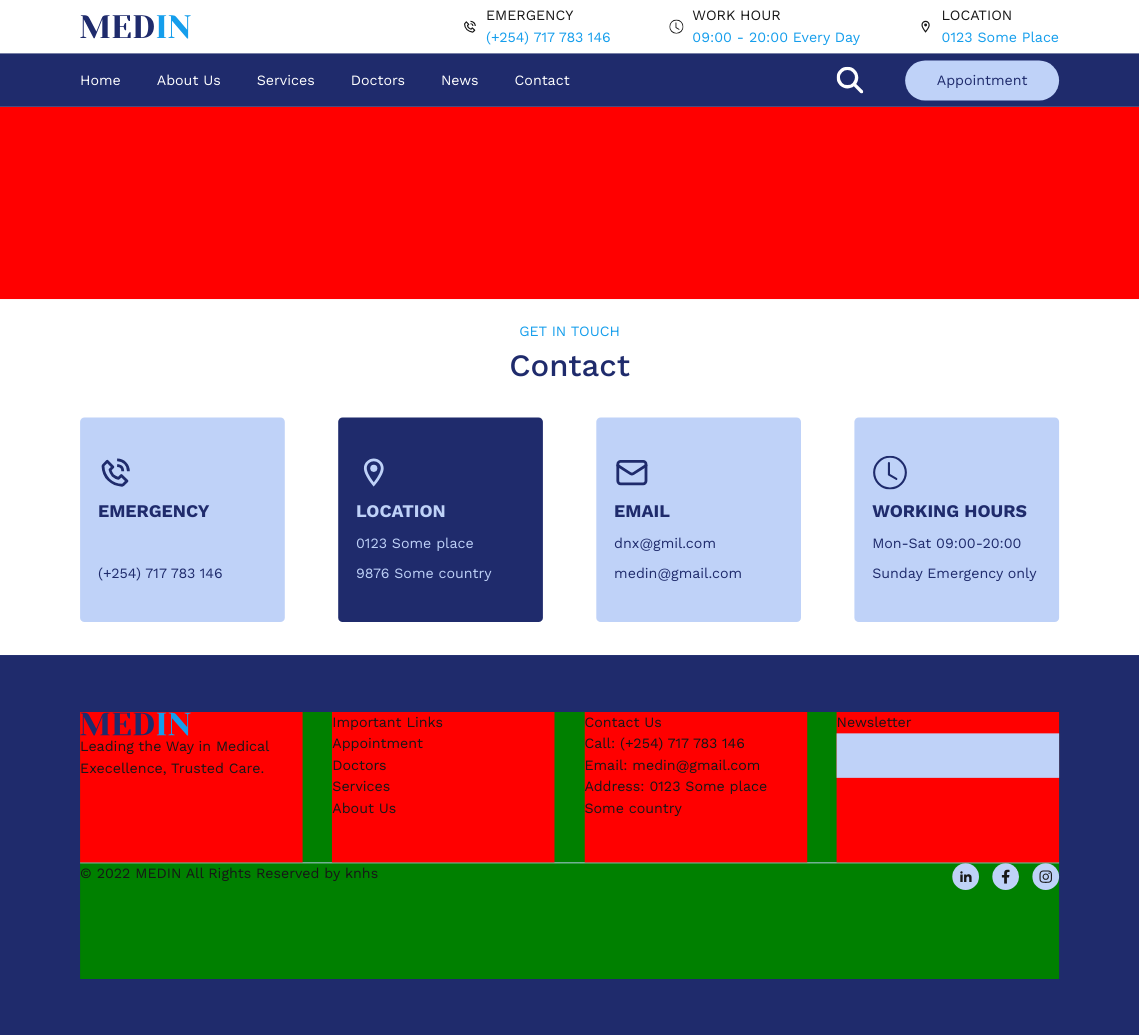
Repository: SynHK3/Poc_Hospital
Page: /appointment (app in fe_hospital/)
An editor plug-in stored every save of this project. The page is shown before and after the next save, followed by the edit.
The browser window is 1280 px wide. The pictures show the whole page, at 89% of full size.
The project was rebuilt for these pictures with package versions that can differ from the ones it lists, and the page was loaded fresh each time. The framework's server and built-in components were replaced by stand-ins that run in the browser. Also part of the build but not shown: fe_hospital/next.config.ts.

Above is the page before, as saved 2025-09-02 16:53:35.

After the next save:
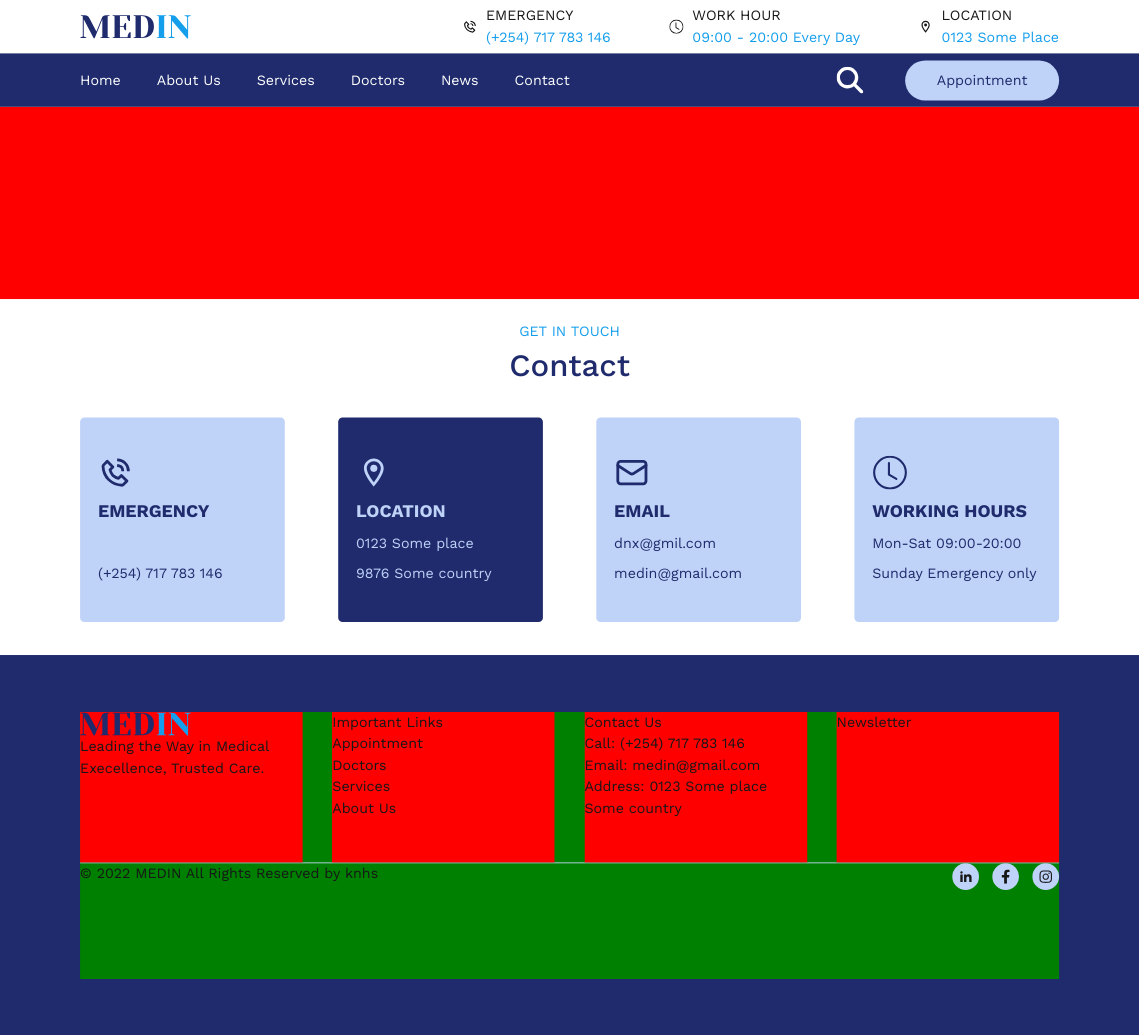
Saved 4 s later.
--- a/fe_hospital/src/components/footer/footer.tsx
+++ b/fe_hospital/src/components/footer/footer.tsx
@@ -44,7 +44,7 @@ export default function Footer() {
           <li>
             <div>
               <h1>Newsletter</h1>
-              <input className="btn__footer--send--mail"></input>
+              <input className="input__footer--send--mail"></input>
             </div>
           </li>
         </ul>

After the save that followed:
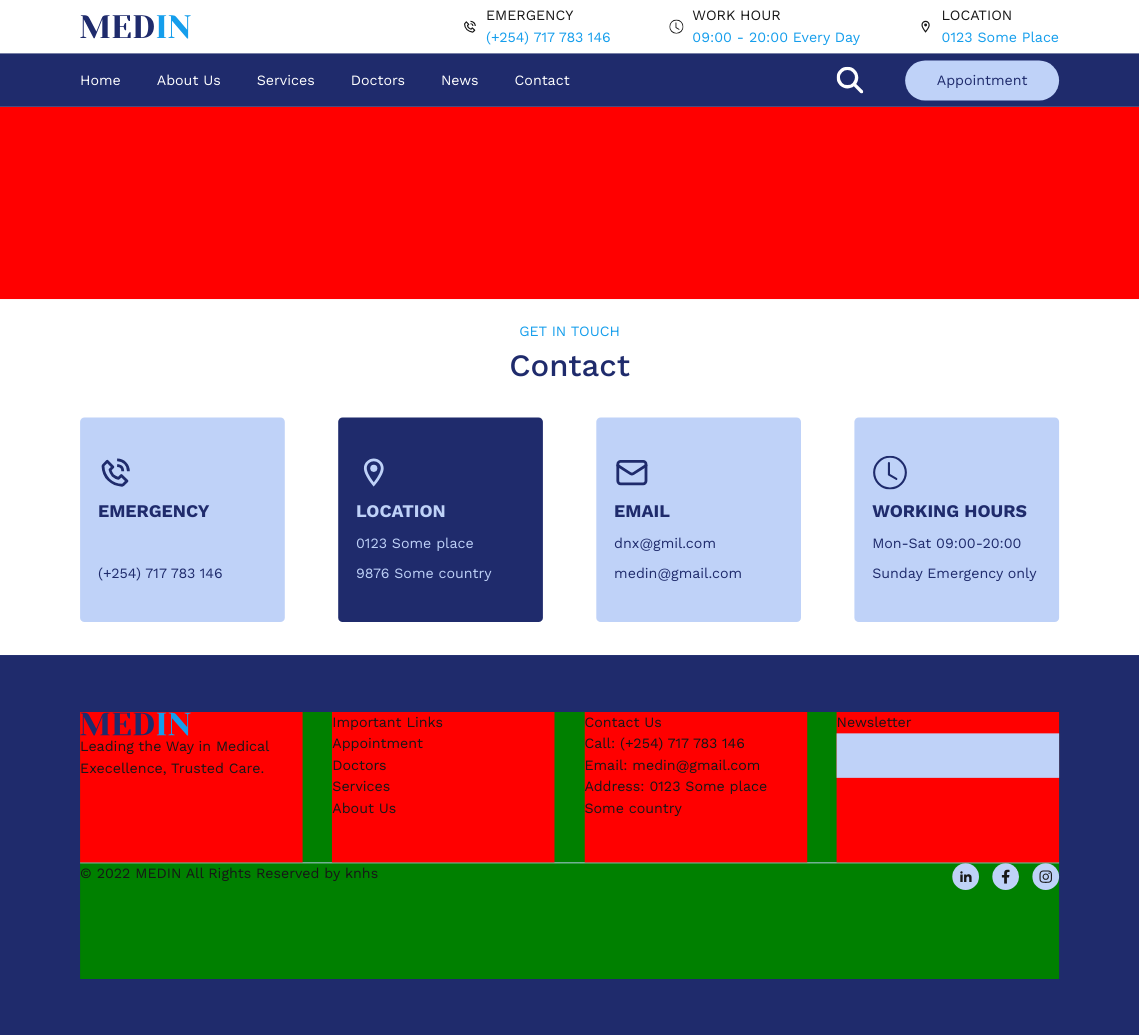
Saved 11 s later.
--- a/fe_hospital/src/components/footer/footer.css
+++ b/fe_hospital/src/components/footer/footer.css
@@ -31,7 +31,7 @@
 }
 
 /* BTN SEND MAIL */
-.btn__footer--send--mail {
+.input__footer--send--mail {
   width: 100%;
   height: 50px;
   background-color: #bfd2f8;
